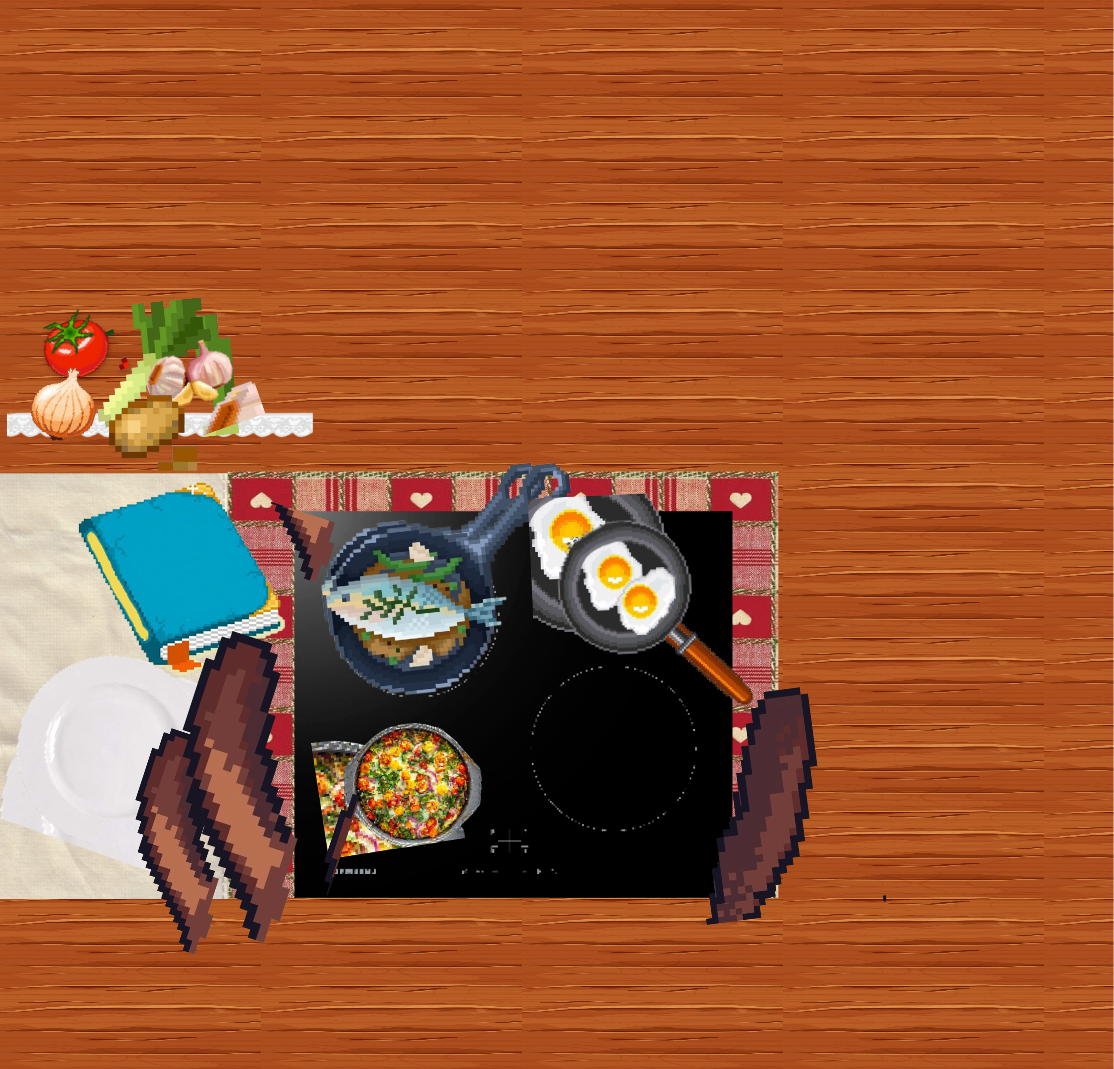
Repository: AJamdonuts/ToddyTalks
Page: playingaround2/pages/chefsujin.html
An editor plug-in stored every save of this project. The page is shown before and after the next save, followed by the edit.
The browser window is 1280 px wide. The pictures show the whole page, at 87% of full size.

Above is the page before, as saved 2025-11-26 20:29:49.

After the next save:
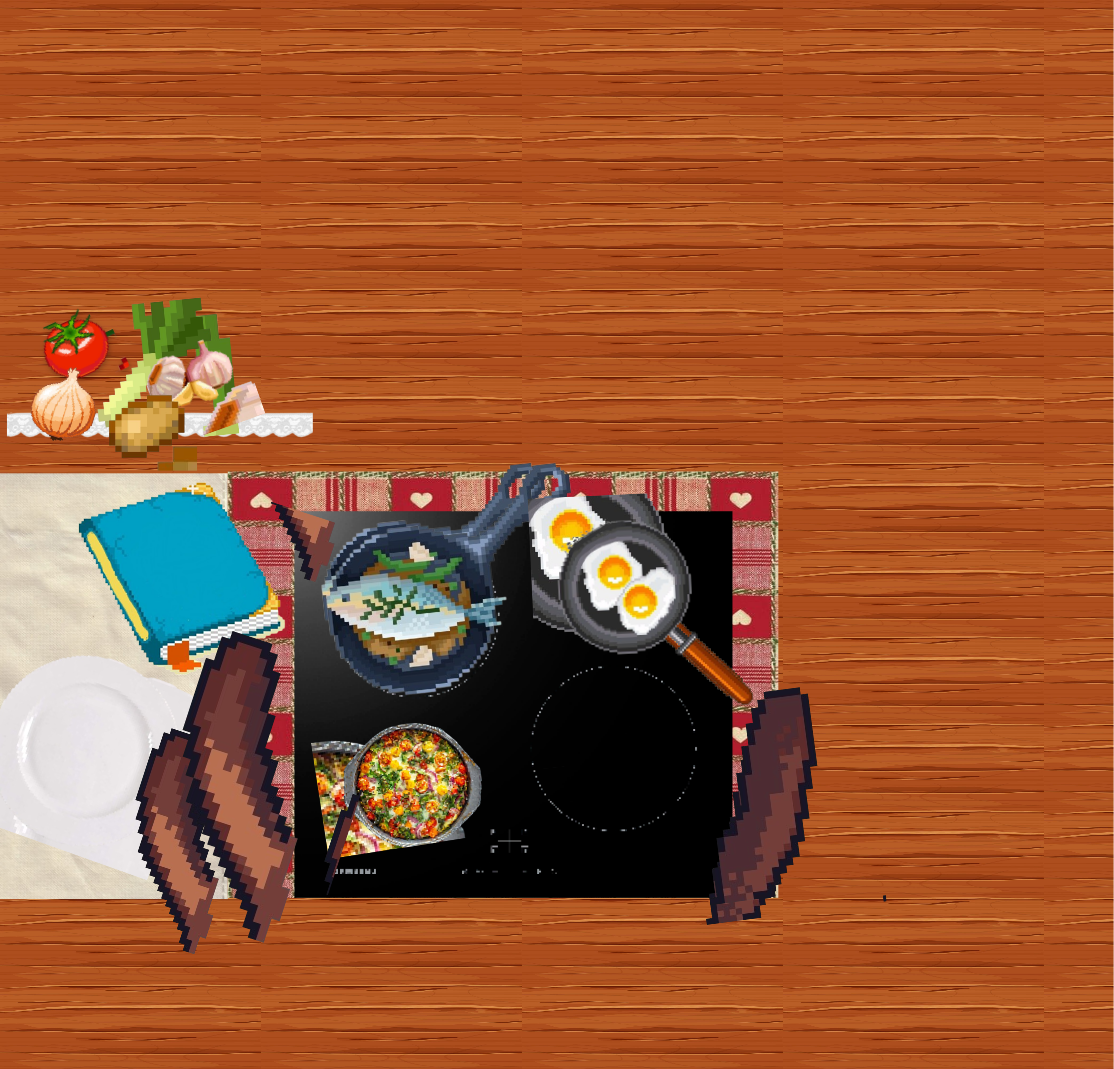
Saved 34 s later.
--- a/playingaround2/styles/chefsujin.css
+++ b/playingaround2/styles/chefsujin.css
@@ -88,7 +88,7 @@ body {
     position: absolute;
     width: 334.76px;
     height: 332.75px;
-    left: 5px;
+    left: -40px;
     top: 616px;
     background: url(pxArt-removebg-preview.png);
     transform: rotate(19.64deg);
